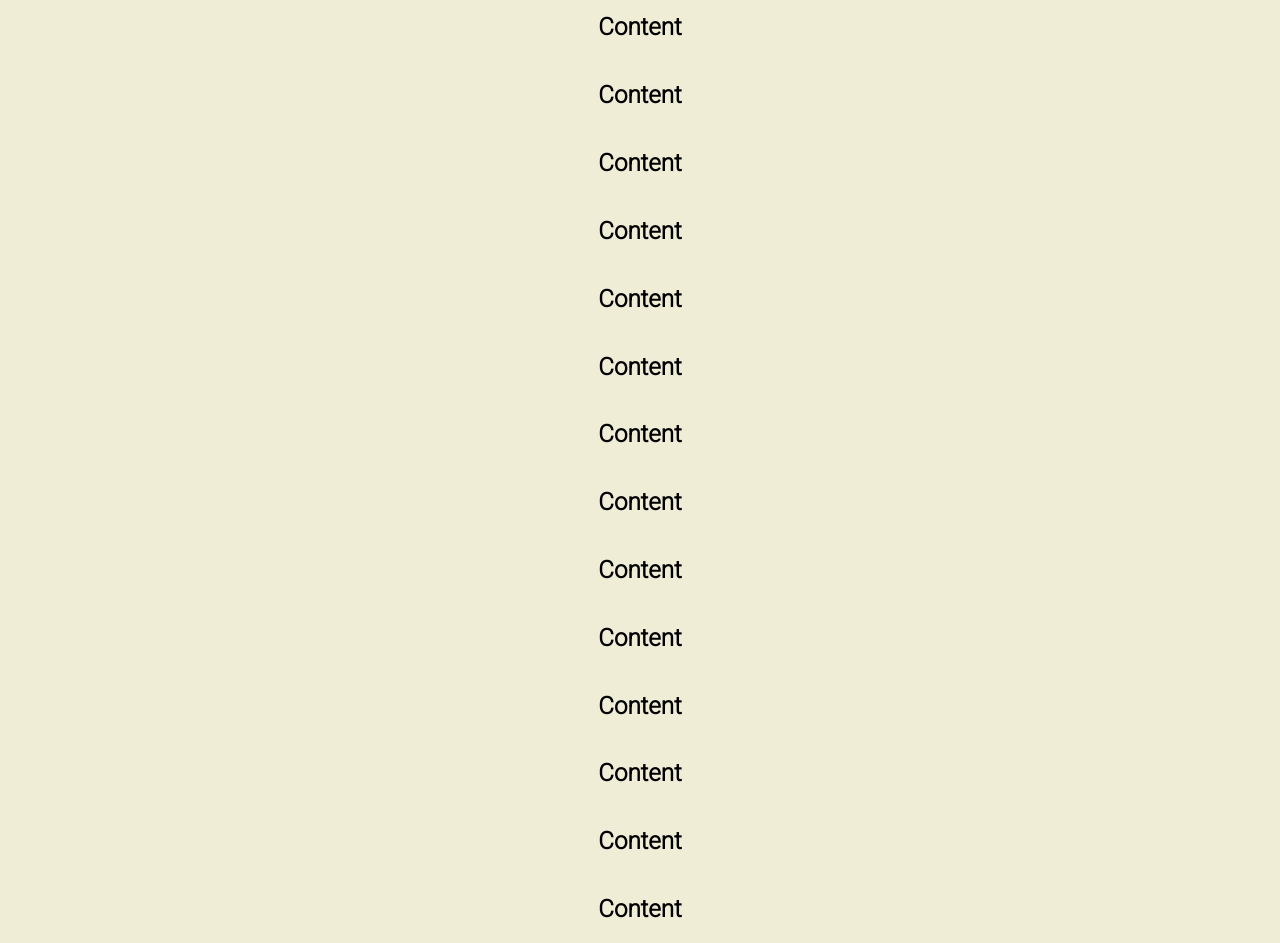
Repository: Berkan71/js-example-little-projects
Page: scrool-animation/index.html
An editor plug-in stored every save of this project. The page is shown before and after the next save, followed by the edit.
The browser window is 1280 px wide. The pictures show the whole page.

Above is the page before, as saved 2022-07-27 19:43:52.

After the next save:
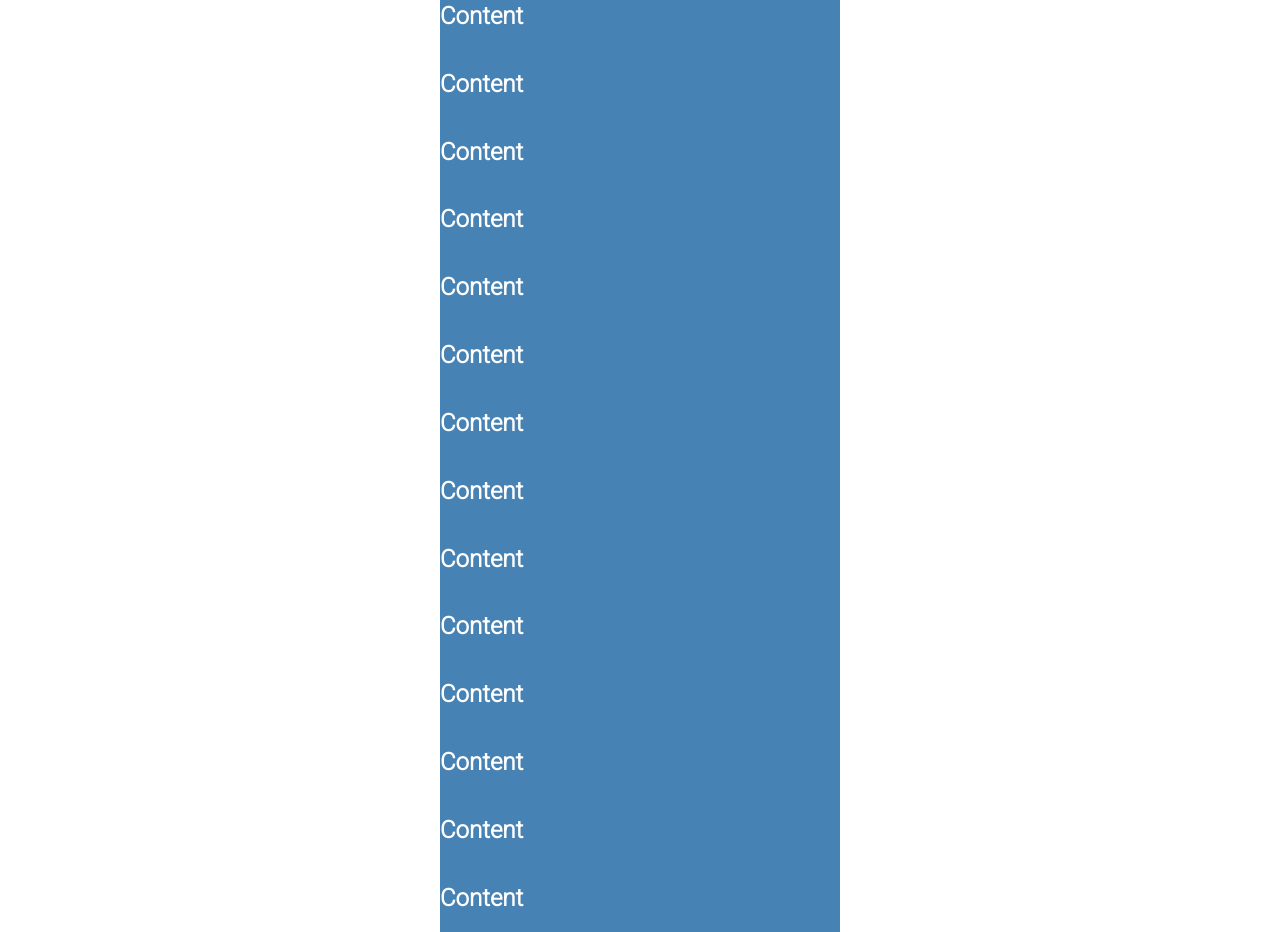
Saved 103 s later.
--- a/scrool-animation/style.css
+++ b/scrool-animation/style.css
@@ -6,7 +6,7 @@
 }
 
 body {
-    background-color: #efedd6;
+    background-color: ;
     font-family: 'Roboto';
     display: flex;
     flex-direction: column;
@@ -15,3 +15,15 @@
     height: 100vh;
     margin: 0;
 }
+
+h1 {
+    margin: 10px;
+}
+
+.box {
+    background-color: steelblue;
+    color: #fff;
+    align-items: center;
+    justify-content: center;
+    width: 400px;
+}
